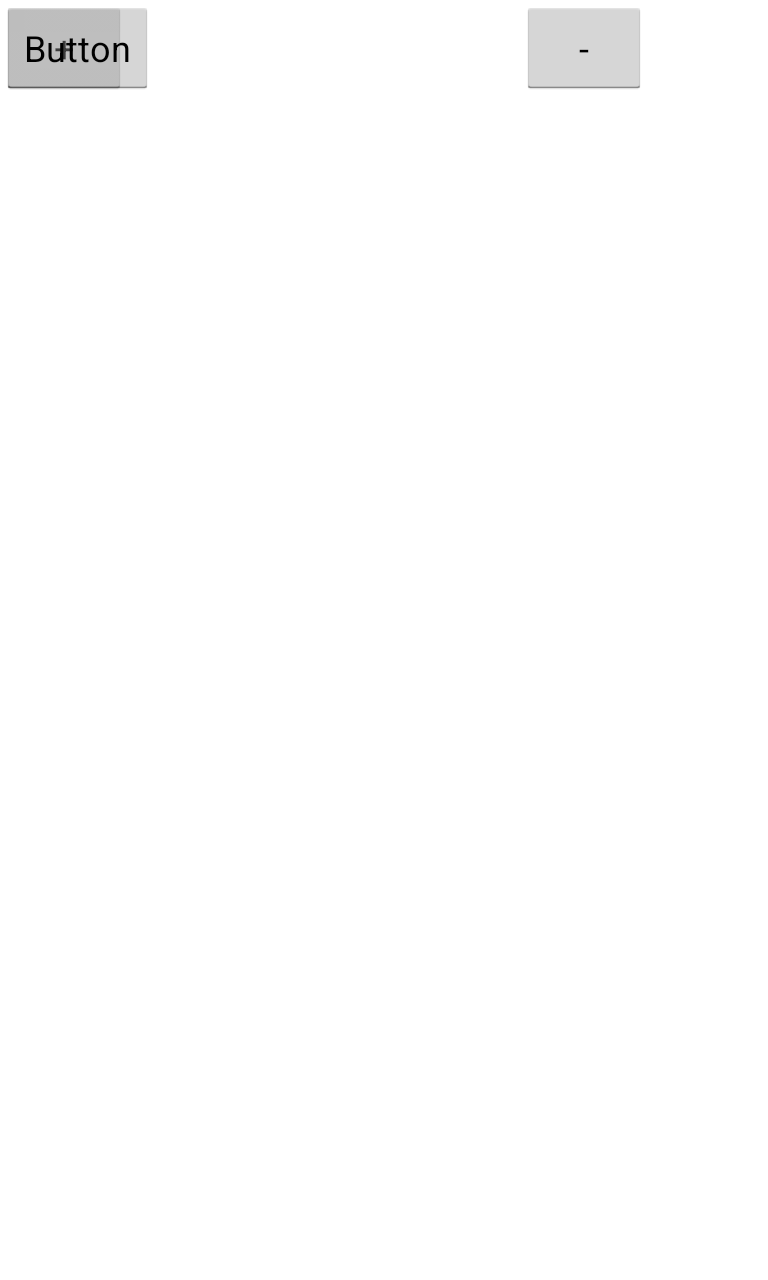
Repository: mpdehnel/seg
Layout: VectorOne/res/layout/activity_radar.xml
The author's editor kept a copy of each file at every save. The layout is drawn from the files as they stood at one save, then again after the next save.
It is drawn on a 768 x 1280 px phone screen (xhdpi) without system bars, with theme AppTheme; the app's code is not run.

Above is the layout before, as saved 2013-03-11 21:42:45.

### VectorOne/res/layout/activity_radar.xml
<?xml version="1.0" encoding="utf-8"?>
<FrameLayout xmlns:android="http://schemas.android.com/apk/res/android"
    android:id="@+id/radar_preview"
    android:layout_width="match_parent"
    android:layout_height="match_parent" >

    <Button
        android:id="@+id/radar_zoomin"
        android:layout_width="wrap_content"
        android:layout_height="wrap_content"
        android:text="+" />

    <Button
        android:id="@+id/radar_zoomout"
        android:layout_width="wrap_content"
        android:layout_height="wrap_content"
        android:layout_marginLeft="260dp"
        android:text="-" />

    <Button
        android:id="@+id/addnewCachRadar"
        android:layout_width="wrap_content"
        android:layout_height="wrap_content"
        android:text="Button" />

</FrameLayout>

Loaded but not shown: VectorOne/res/values/styles.xml (common file); VectorOne/res/values-v11/styles.xml (common file); VectorOne/res/values-v14/styles.xml (common file)

After the next save:
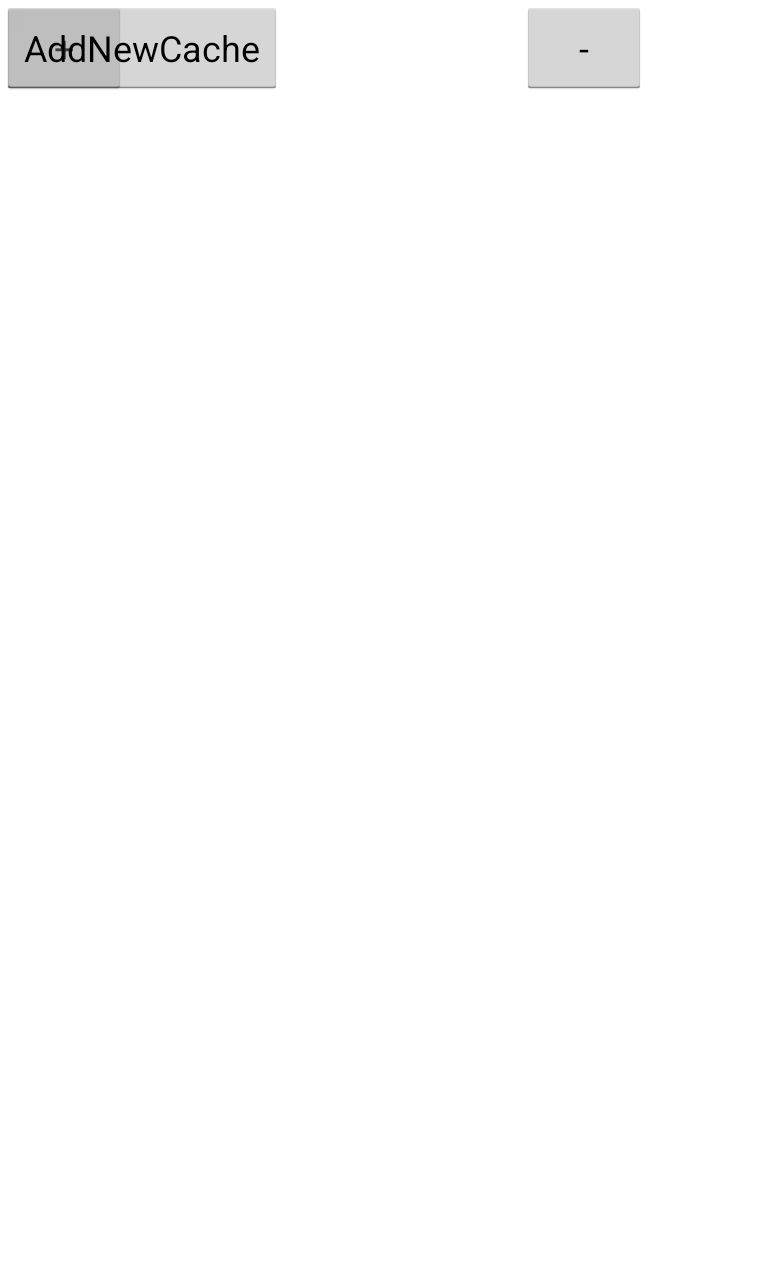
Saved 6 s later.
--- a/VectorOne/res/layout/activity_radar.xml
+++ b/VectorOne/res/layout/activity_radar.xml
@@ -21,6 +21,6 @@
         android:id="@+id/addnewCachRadar"
         android:layout_width="wrap_content"
         android:layout_height="wrap_content"
-        android:text="Button" />
+        android:text="AddNewCache" />
 
 </FrameLayout>
